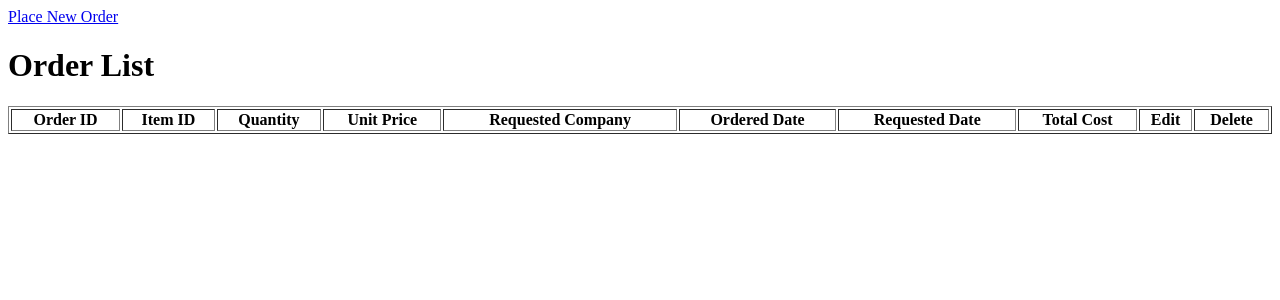
Repository: nirmaniPathiranage/CSSE-Procurement-Management
Page: http://localhost/Item_Management/ListOrderServlet
These files come from the project's save history. The page is drawn as it stood at one moment and after the next save; the edit follows.
The browser window is 1280 px wide. The pictures show the whole page.
The page is served by Tomcat 9. Queries for data that is not in the repository find no rows.

Above is the page before, as saved 2019-09-29 20:43:34.

After the next save:
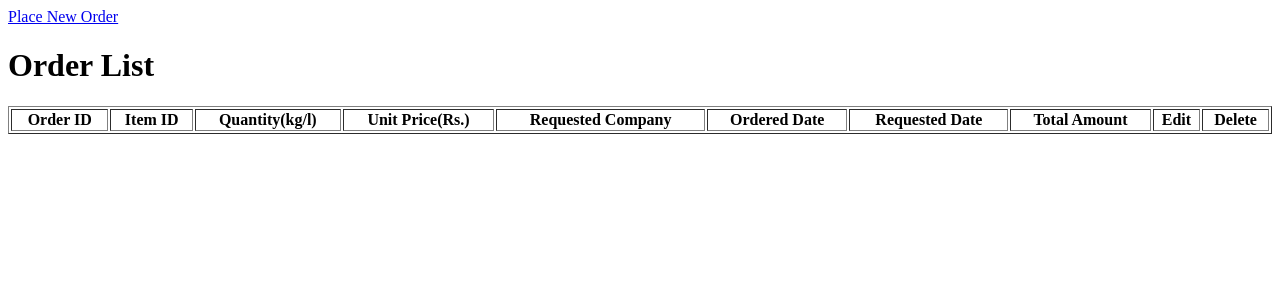
Saved 85 s later.
--- a/Item_Management/src/com/mvc/servlet/ListOrderServlet.java
+++ b/Item_Management/src/com/mvc/servlet/ListOrderServlet.java
@@ -45,13 +45,13 @@ public class ListOrderServlet extends HttpServlet {
 
 		out.print("<table border='1' width='100%'");
 		out.print(
-				"<tr><th>Order ID</th><th>Item ID</th><th>Quantity</th><th>Unit Price</th><th>Requested Company</th><th>Ordered Date</th><th>Requested Date</th><th>Total Cost</th><th>Edit</th><th>Delete</th></tr>");
+				"<tr><th>Order ID</th><th>Item ID</th><th>Quantity(kg/l)</th><th>Unit Price(Rs.)</th><th>Requested Company</th><th>Ordered Date</th><th>Requested Date</th><th>Total Amount</th><th>Edit</th><th>Delete</th></tr>");
 
 		for (Order order : list) {
 			out.print("<tr><td>" + order.getOrderID() + "</td><td>" + order.getItemID() + "</td><td>"
 					+ order.getQuantity() + "</td><td>" + order.getUnitPrice() + "</td><td>" + order.getCompany()
-					+ "</td><td>" + order.getOrderDate() + "</td><td>" + order.getRequestedDate() + "</td><td>" + order.getTotal()
-					+ "</td><td><a href='UpdateOrderServlet?orderid=" + order.getOrderID()
+					+ "</td><td>" + order.getOrderDate() + "</td><td>" + order.getRequestedDate() + "</td><td>"
+					+ order.getTotal() + "</td><td><a href='UpdateOrderServlet?orderid=" + order.getOrderID()
 					+ "'>edit</a></td><td><a href='DeleteOrderServlet?orderid=" + order.getOrderID()
 					+ "'>delete</a></td></tr>");
 		}
